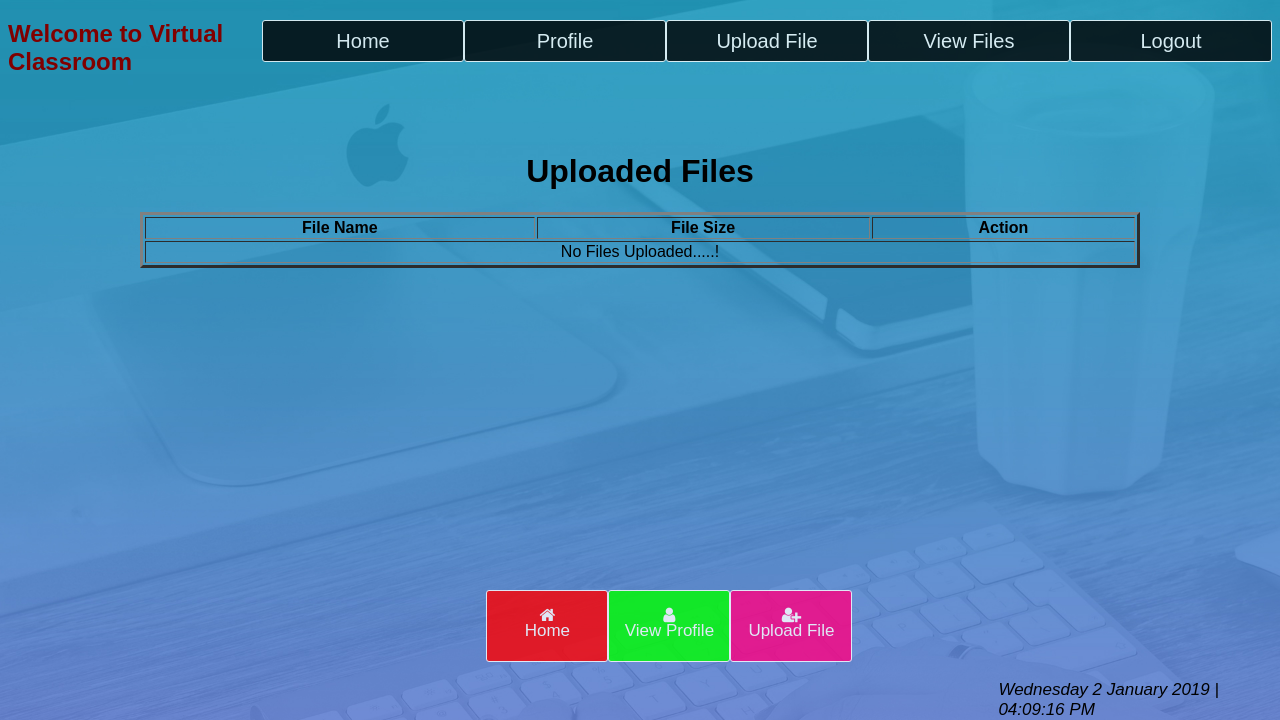
Repository: Rajendra1998/Virtual_classroom_mvc_project
Page: http://localhost/Virtual_classroom/display_files.jsp
These files come from the project's save history. The page is drawn as it stood at one moment and after the next save; the edit follows.
The browser window is 1280 px wide. The pictures show the whole page.
The page is served by Tomcat 9. The template is opened directly, without the code that normally fills it, so the values that code supplies are empty.

Above is the page before, as saved 2019-01-13 17:57:09.

After the next save:
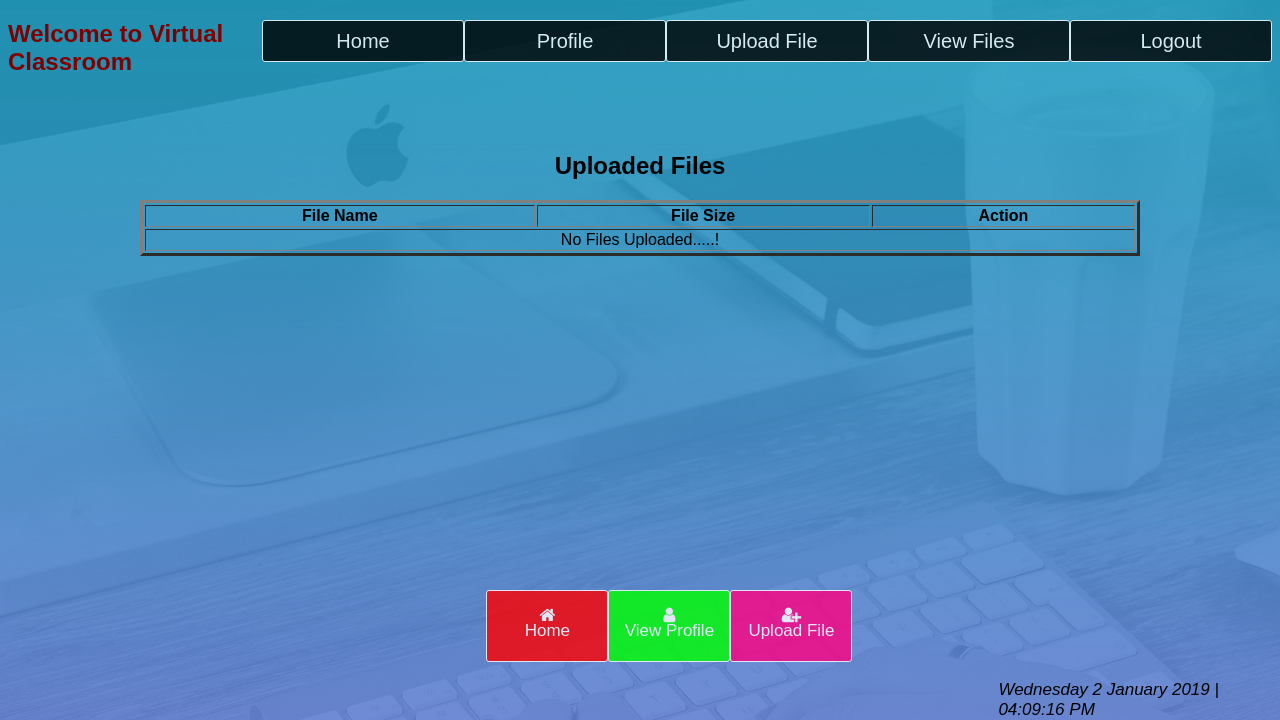
Saved 86 s later.
--- a/Virtual_classroom/WebContent/display_files.jsp
+++ b/Virtual_classroom/WebContent/display_files.jsp
@@ -180,7 +180,7 @@
 	<br><br>
 	<center>
      <div class="panel">
-            <h1>Uploaded Files</h1>
+            <h2>Uploaded Files</h2>
             <table class="bordered_table" align=center border="3" width="1000px">
                <thead>
                   <tr align="center"><th>File Name</th><th>File Size</th><th colspan=2>Action</th></tr>
